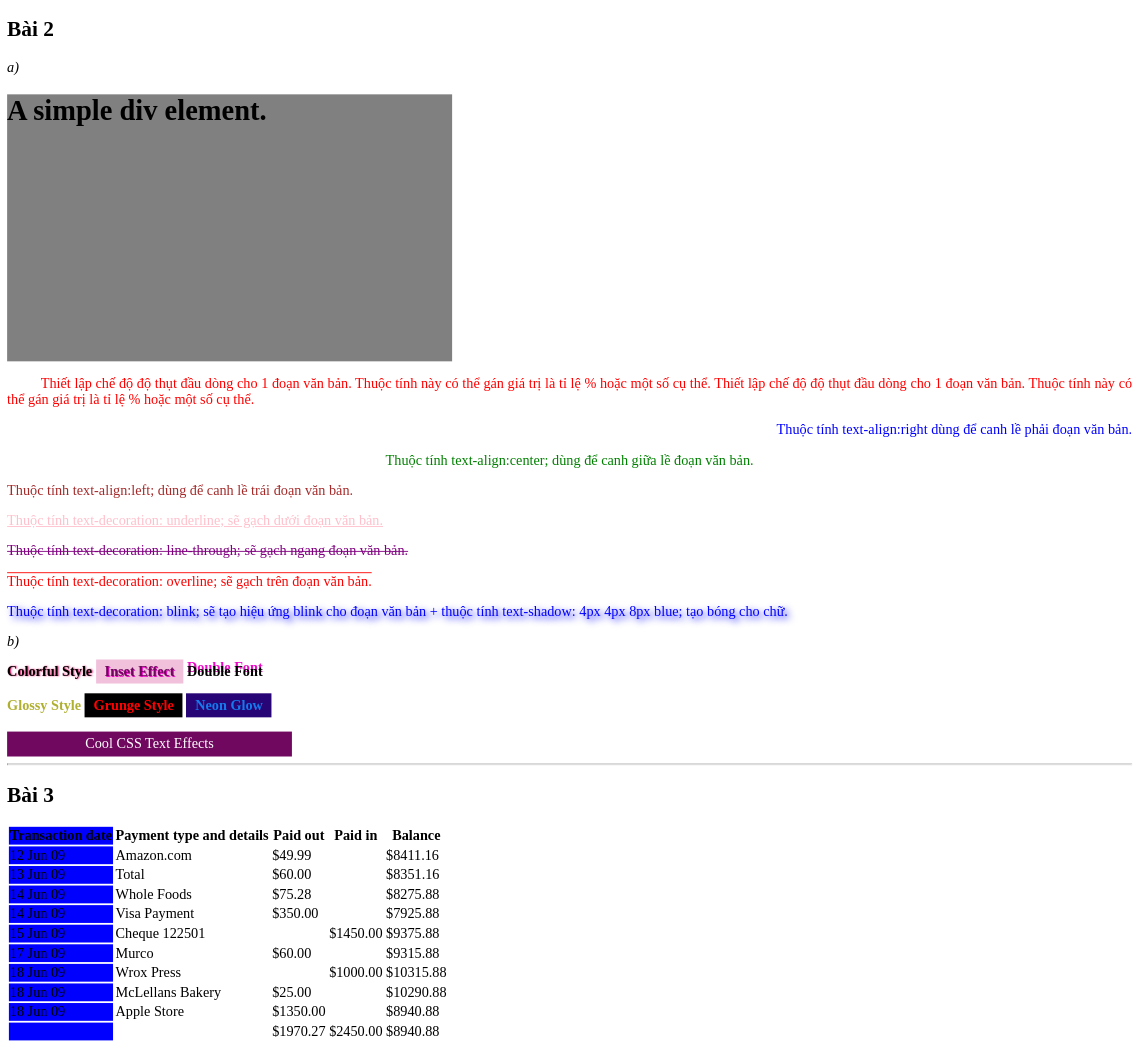
Repository: hoangnguyen1903/STT_21084321_NguyenHuyHoang_DHKHMT17B
Page: html/index.html
The author's editor kept a copy of each file at every save. The page is drawn from the files as they stood at one save, then again after the next save.
The browser window is 1280 px wide. The pictures show the whole page, at 89% of full size.

Above is the page before, as saved 2023-03-02 14:04:39.

After the next save:
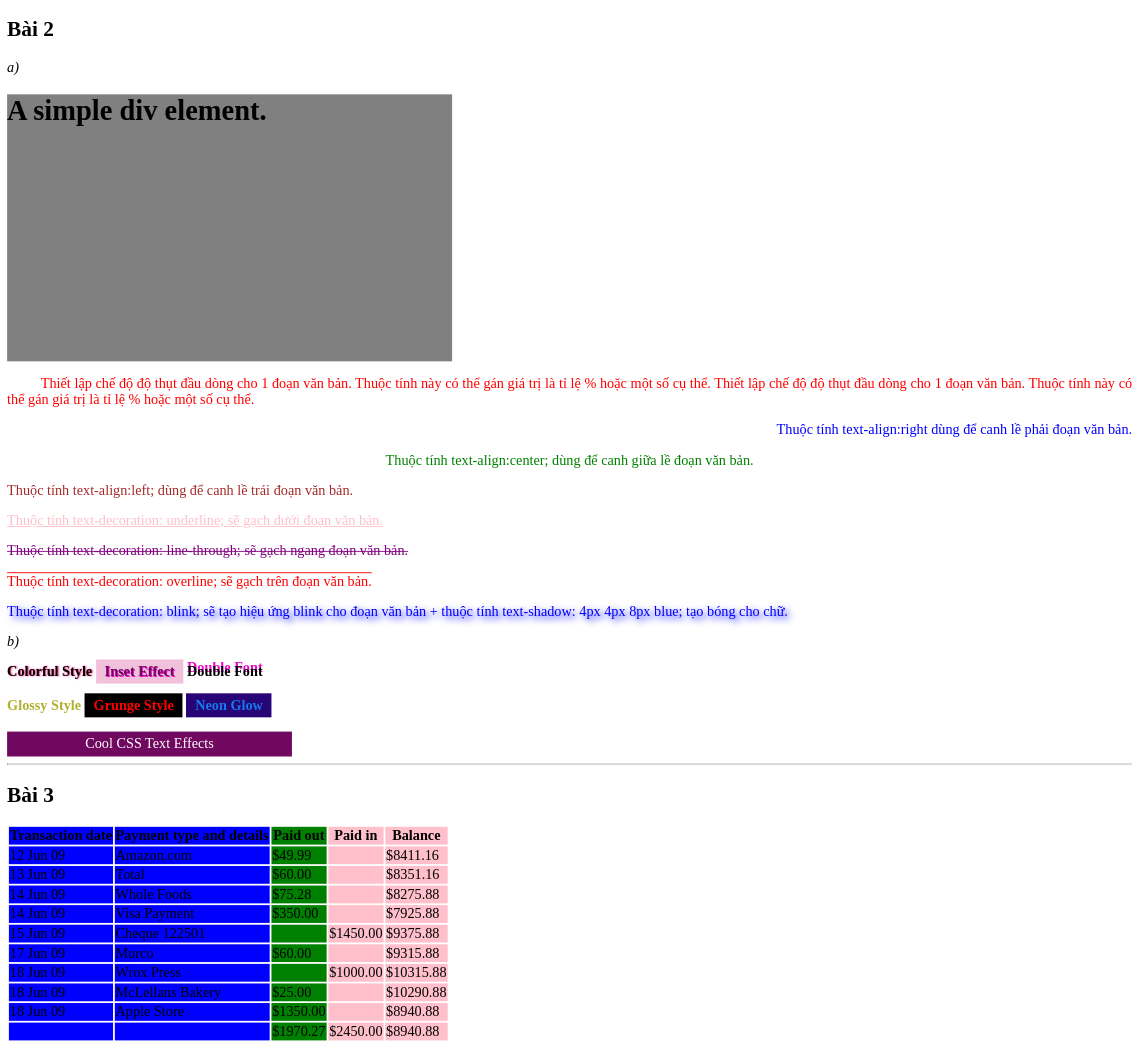
Saved 27 s later.
--- a/html/index.html
+++ b/html/index.html
@@ -118,9 +118,11 @@
     <h2><b>Bài 3</b></h2>
     <table>
       <colgroup>
-        <col span="2" style="background-color: blue" />
+        <col span="6" style="background-color: blue" />
+        <col span="6" style="background-color: blue" />
         <col span="2" style="background-color: green" />
         <col span="2" style="background-color: pink" />
+        <col span="3" style="background-color: pink" />
       </colgroup>
       <tr>
         <th colspan="6">Transaction date</th>
